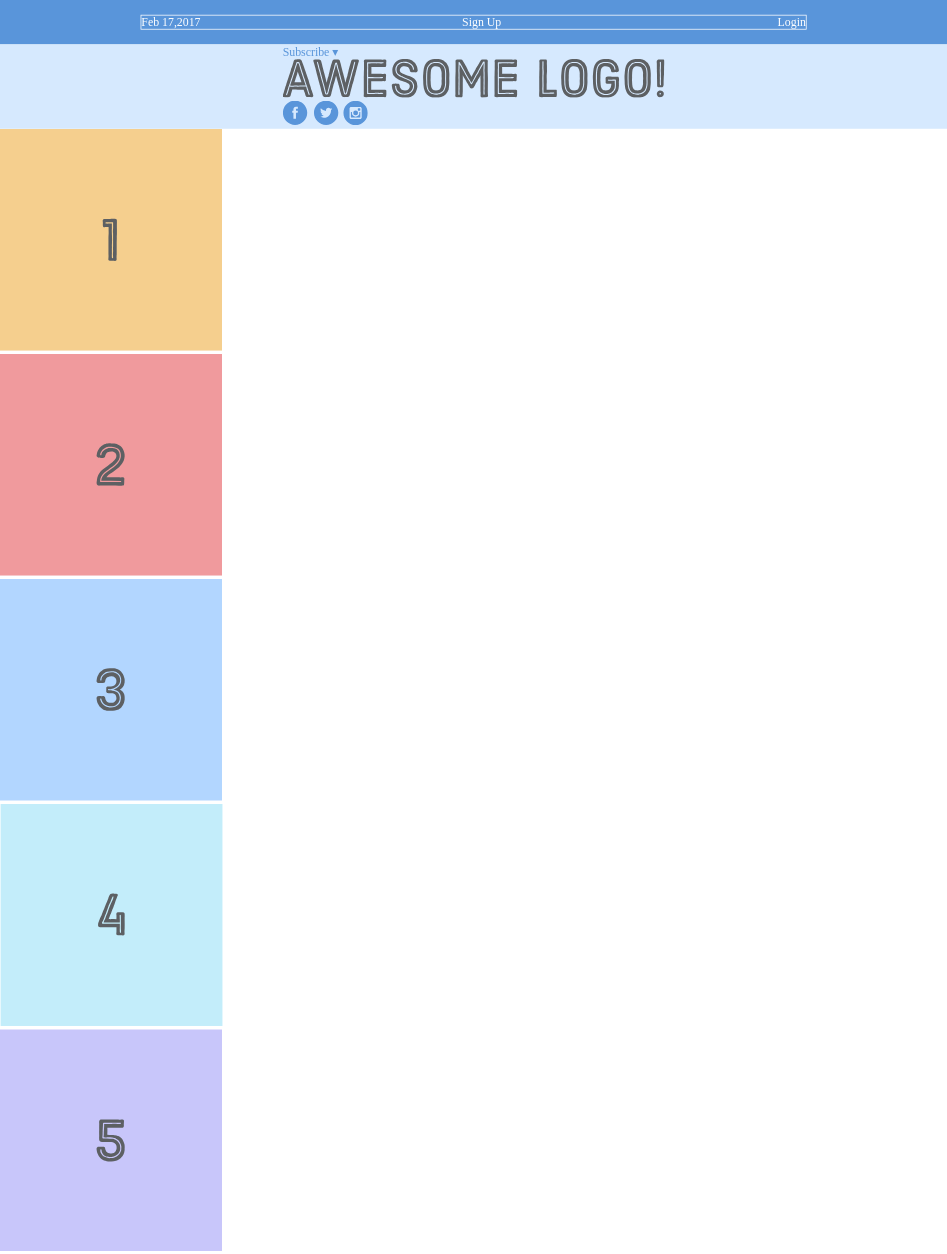
Repository: arkomz/INST377-Lab-Work
Page: client/lab_3/index.html
These files come from the project's save history. The page is drawn as it stood at one moment and after the next save; the edit follows.
The browser window is 1280 px wide. The pictures show the whole page, at 74% of full size.

Above is the page before, as saved 2021-09-17 13:06:15.

After the next save:
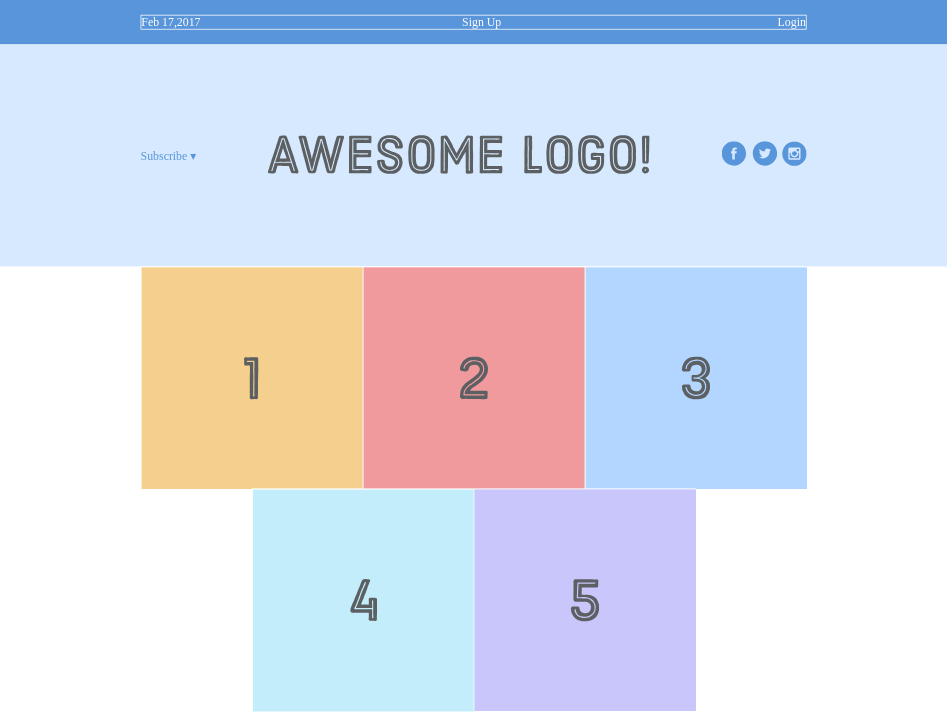
Saved 20 s later.
--- a/client/lab_3/styles.css
+++ b/client/lab_3/styles.css
@@ -35,3 +35,31 @@
     display: flex;
     justify-content: center;
   }
+
+  .header {
+    width: 900px;
+    height: 300px;
+    display: flex;
+    justify-content: space-between;
+    align-items: center;
+  }
+
+  .photo-grid-container {
+    display: flex;
+    justify-content: center;
+  }
+
+  .photo-grid {
+    width: 900px;
+    display: flex;
+    justify-content: center;
+    flex-wrap: wrap;
+    flex-direction: row;
+    align-items: center;
+  }
+
+  .photo-grid-item {
+    border: 1px solid #fff;
+    width: 300px;
+    height: 300px;
+  }
